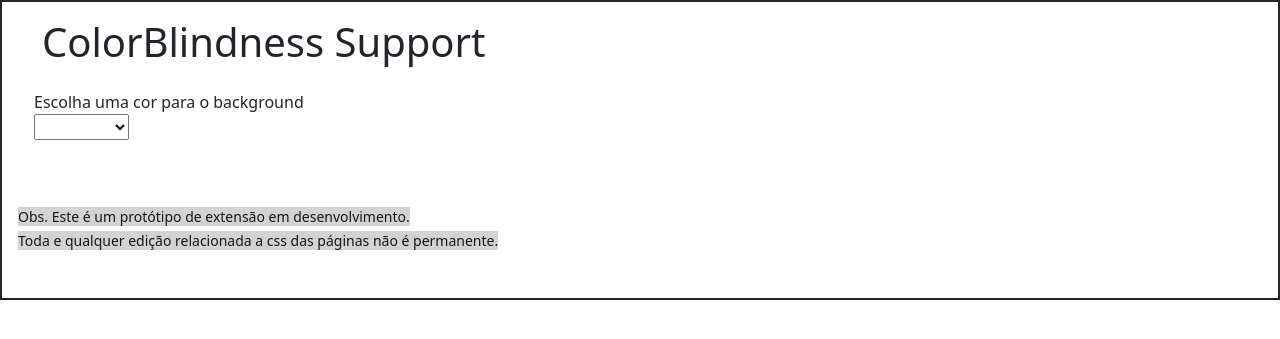
Repository: pedrosiqueira/daltonchrome
Page: popup.html
The author's editor kept a copy of each file at every save. The page is drawn from the files as they stood at one save, then again after the next save.
The browser window is 1280 px wide. The pictures show the whole page.

Above is the page before, as saved 2022-06-17 13:14:45.

### popup.html
<!DOCTYPE html>
<html>

<head>
    <meta charset="utf-8" />
    <link href="css/vendor/bootstrap.min.css" rel="stylesheet" crossorigin="anonymous">
    <link rel="stylesheet" type="text/css" href="css/popup.css" />
</head>

<body class="p-3 flex border border-dark border-2 ">

    <div class="container flex row">

        <h1 class="form-title"> ColorBlindness Support </h1>
        <!--  <div class="form-check form-switch col">
            <input class="form-check-input" type="checkbox" id="flexSwitchCheckChecked">
            <label class="form-check-label" for="flexSwitchCheckChecked" id="MeuSwitch">Ativar extensão</label>
        </div>
        <button id="meubotao" type="button" class="btn row w-10 h-15 btn-dark">
            Clique-me
        </button> -->
    </div>

    <div class="p-3">
        <label for="cores">Escolha uma cor para o background</label>
        <br>
        <select name="cores" id="cores">
            <option value="#"> </option>
            <option value="red">Vermelho</option>
            <option value="green">Verde</option>
            <option value="blue">Azul</option>
        </select>
    </div>
    <br> <br>
    <alert id="alert" class="alert-dark form-text">Obs. Este é um protótipo de extensão em desenvolvimento.<br>
    Toda e qualquer edição relacionada a css das páginas não é permanente.
    </alert>

    <script src="js/vendor/jquery-3.6.0.min.js"></script>
    <script src="js/vendor/bootstrap.bundle.min.js"></script>
    <script src="js/popup.js"></script>
</body>

</html>

### css/popup.css
body {
    min-width:600px;
    min-height:300px;
}

#table-wrapper {
    position:relative;
    white-space: nowrap;
}
#table-scroll {
    overflow:auto;
    margin-top:20px;
}
#table-wrapper table {
    width:100%;

}

#table-wrapper table thead th .text {
    position:absolute;
    top:-20px;
    z-index:2;
    height:20px;
    width:35%;
    border:1px solid red;
}

#table-wrapper table tbody td{
    border: 1px solid black;
}

### js/popup.js
start()

function start() {
    $("#meubotao").click(umafuncao)
}

function ativar(){
    $("#MeuSwitch")
}


async function umafuncao() {

    // obtém a aba atual
    [currentTab] = await chrome.tabs.query({ active: true, currentWindow: true });

    // envia mensagem para a aba atual
    chrome.tabs.sendMessage(currentTab.id, { nome: "Carol", curso: "TADS", orientador: "pedro" }, callback);


}

// funcao que recebe a resposta da mensagem que foi enviada para alguma aba
function callback(response) {
    console.log("ufa, a mensagem conseguiu chegar!")
    console.log(response)
}

Loaded but not shown: css/vendor/bootstrap.min.css (library); js/vendor/jquery-3.6.0.min.js (library); js/vendor/bootstrap.bundle.min.js (library)

After the next save:
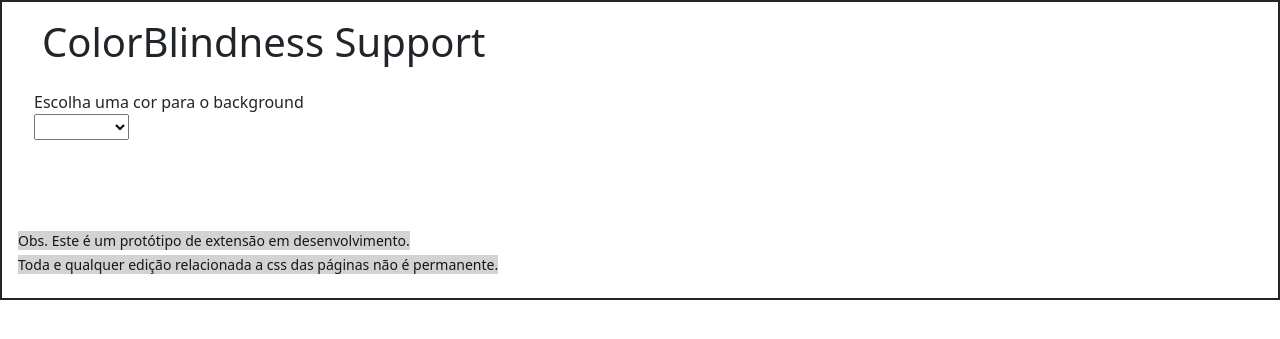
Saved 12 s later.
--- a/popup.html
+++ b/popup.html
@@ -31,7 +31,7 @@
             <option value="blue">Azul</option>
         </select>
     </div>
-    <br> <br>
+    <br> <br><br>
     <alert id="alert" class="alert-dark form-text">Obs. Este é um protótipo de extensão em desenvolvimento.<br>
     Toda e qualquer edição relacionada a css das páginas não é permanente.
     </alert>
